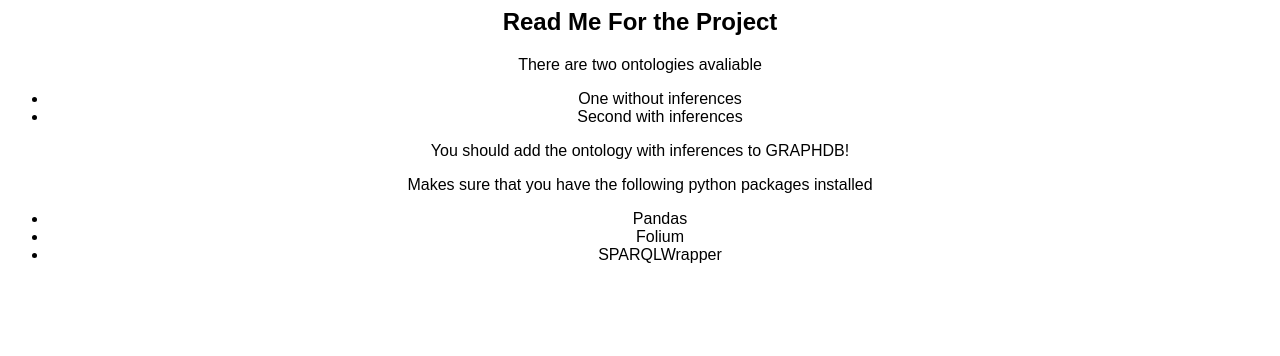
Repository: pawelpiwowarski/Knowledge_and_Data
Page: README.html
The author's editor kept a copy of each file at every save. The page is drawn from the files as they stood at one save, then again after the next save.
The browser window is 1280 px wide. The pictures show the whole page.

Above is the page before, as saved 2022-10-27 22:06:26.

### README.html

<html>
<head>

<title>README</title>
<style>

body { font-family: sans-serif; font-size: 12pt; text-align: center; }
</style>
</head>
<body>
<h2> Read Me For the Project</h2>
<p> There are two ontologies avaliable</p>
<ul>
<li>
One without inferences
</li>
<li>
Second with inferences
</li>
</ul>

<p> You should add the ontology with inferences to GRAPHDB! </p>

<p> Makes sure that you have the following python packages installed<p>

<ul>
<li>
Pandas
</li>
<li>
Folium
</li>
<li>
SPARQLWrapper
</li>
</ul>
</body>
</html>

After the next save:
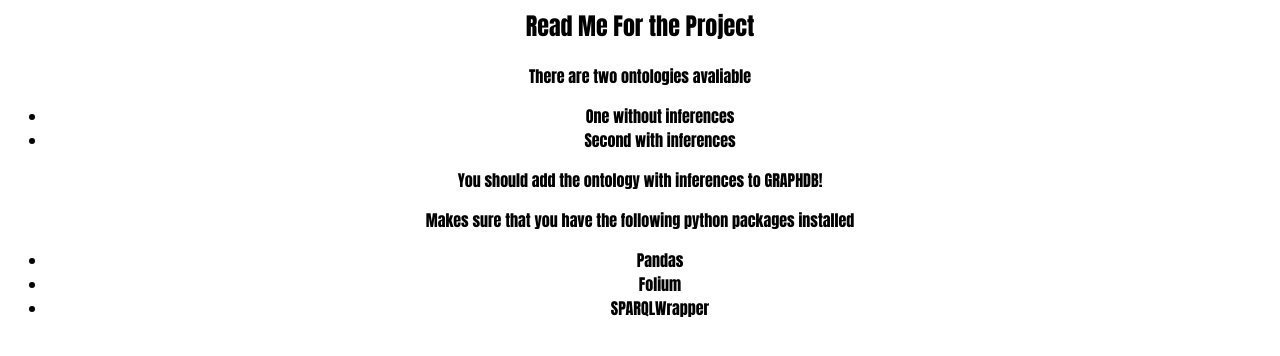
Saved 11 s later.
--- a/README.html
+++ b/README.html
@@ -5,7 +5,7 @@
 <title>README</title>
 <style>
 
-body { font-family: sans-serif; font-size: 12pt; text-align: center; }
+body { font-family: Impact, Haettenschweiler, 'Arial Narrow Bold', sans-serif; font-size: 12pt; text-align: center; }
 </style>
 </head>
 <body>
